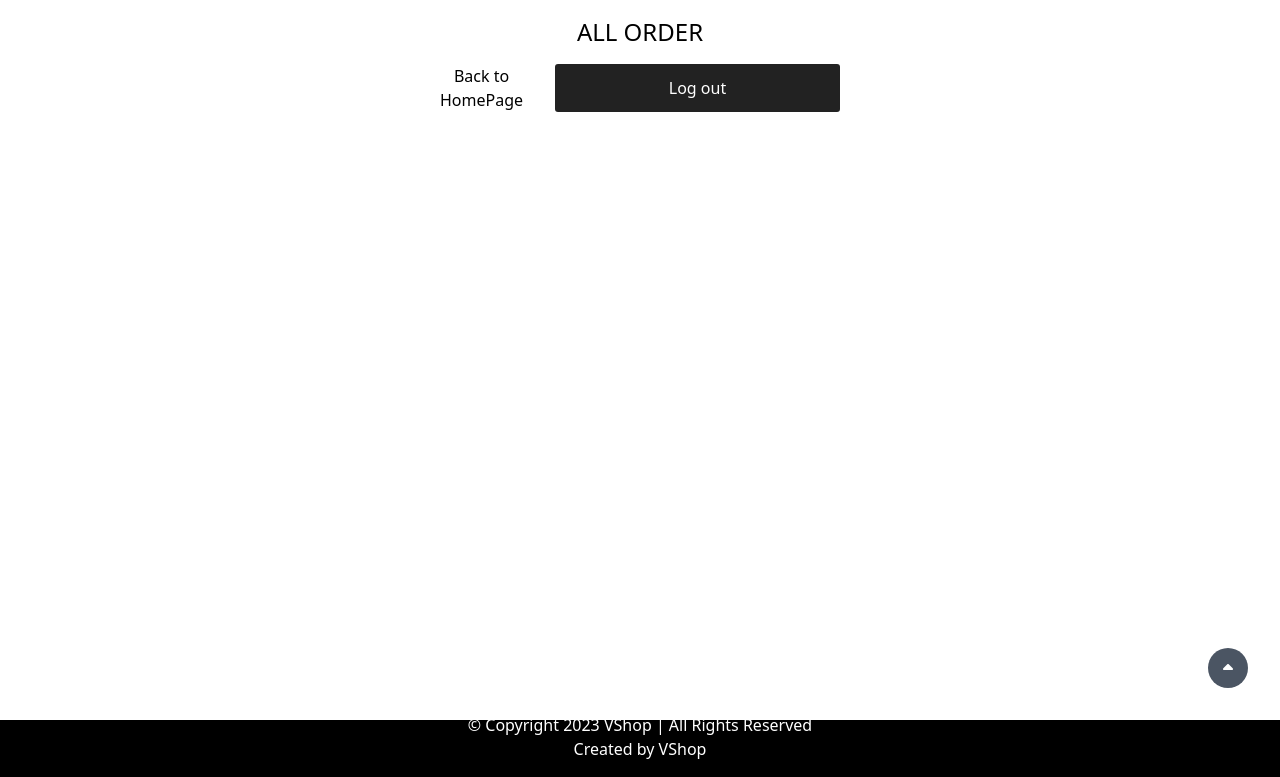
Repository: Kith933UTH/VSHOP
Page: /user
These files come from the project's save history. The page is drawn as it stood at one moment and after the next save; the edit follows.
The browser window is 1280 px wide. The pictures show the whole page.
Pictures or frames that could not be fetched are drawn as grey boxes. The project was rebuilt for these pictures with package versions that can differ from the ones it lists, and the page was loaded fresh each time. Also part of the build but not shown: src/components/product-item/ProductItem.js, src/components/loader/Loader.js, src/constants/constants.js, src/components/product-filters/Category.js, src/components/product-filters/Price.js, src/components/product-filters/Rating.js, src/components/product-filters/ProductFilters.js, src/components/cart-shopping/CartEmpty.js and 24 more.

Above is the page before, as saved 2023-08-05 23:25:14.

### public/index.html
<!DOCTYPE html>
<html lang="en">
  <head>
    <meta charset="utf-8" />
    <link rel="icon" href="./logo.png" />
    <meta name="viewport" content="width=device-width, initial-scale=1" />
    <meta name="theme-color" content="#000000" />
    <meta
      name="description"
      content="Web site created using create-react-app"
    />
    <link rel="apple-touch-icon" href="%PUBLIC_URL%/logo192.png" />
    <!--
      manifest.json provides metadata used when your web app is installed on a
      user's mobile device or desktop. See https://developers.google.com/web/fundamentals/web-app-manifest/
    -->
    <link rel="manifest" href="%PUBLIC_URL%/manifest.json" />
    <!--
      Notice the use of %PUBLIC_URL% in the tags above.
      It will be replaced with the URL of the `public` folder during the build.
      Only files inside the `public` folder can be referenced from the HTML.

      Unlike "/favicon.ico" or "favicon.ico", "%PUBLIC_URL%/favicon.ico" will
      work correctly both with client-side routing and a non-root public URL.
      Learn how to configure a non-root public URL by running `npm run build`.
    -->
    <title>VShop</title>
  </head>
  <body>
    <noscript>You need to enable JavaScript to run this app.</noscript>
    <div id="root"></div>
  </body>
</html>

### src/index.js
import React from 'react'
import ReactDOM from 'react-dom/client'
import App from './App'
import {Provider} from "react-redux"
import {BrowserRouter} from "react-router-dom"
import {store} from "./redux"
import './index.css'

const root = ReactDOM.createRoot(document.getElementById('root'))
root.render(
    <Provider store={store}>
        <BrowserRouter>
            <App />
        </BrowserRouter>
    </Provider>
)

### src/redux/index.js
import {configureStore} from "@reduxjs/toolkit"
import {productsApi} from "./products/products.api"
import {productReducer} from "./products/products.slice"
import {setupListeners} from "@reduxjs/toolkit/query"

export const store = configureStore({
    reducer: {
        [productsApi.reducerPath]: productsApi.reducer,
        product: productReducer
    },
    middleware: getDefaultMiddleware => getDefaultMiddleware().concat(productsApi.middleware)
})

setupListeners(store.dispatch)

### src/index.css
@tailwind base;
@tailwind components;
@tailwind utilities;

@layer utilities {
    input[type="number"]::-webkit-inner-spin-button,
    input[type="number"]::-webkit-outer-spin-button {
        @apply appearance-none;
    }
}

html, body {
    width: 100%;
    height: 100%;
}

body::-webkit-scrollbar,
.box-item::-webkit-scrollbar,
.search-box::-webkit-scrollbar{
    width: 8px;
}

main {
    display: flex;
    flex-direction: column;
    height: 100%;
}

body::-webkit-scrollbar-thumb,
.box-item::-webkit-scrollbar-thumb,
.search-box::-webkit-scrollbar-thumb{
    background-color: #ccc;
    border-radius: 20px;
}

#root {
    height: 100%;
}

body {
    overflow: hidden;
}

.productItem:hover {
    transition: opacity .3s linear;
    opacity: .5;
}

.box-item {
    height: 320px;
    overflow-y: scroll;
}

/* Loader */
.loader-box {
    width: 100px;
    height: 100px;
    display: flex;
    justify-content: center;
    align-items: center;
    margin: 50px auto 0;
}

.loader{
    position: relative;
    width: 70px;
    height: 70px;
}

.loader span {
    position: absolute;
    top:0;
    left: 0;
    width: 100%;
    height: 100%;
    transform: rotate(calc(18deg * var(--i)));
}

.loader span::before {
    content:'';
    position: absolute;
    top: 0;
    left: 0;
    width: 10px;
    height: 10px;
    background: #000;
    border-radius: 50%;
    transform: scale(0);
    animation: animate 2s linear infinite;
    animation-delay: calc(0.1s * var(--i));
}
@keyframes animate {
    0%{
        transform: scale(0);
    }
    10%{
        transform: scale(1.2);
    }
    80%,100%{
        transform: scale(0);
    }
}

### src/context/context.js
import {createContext} from "react"

export const Context = createContext()

### src/components/footer/Footer.js
import React from "react"
import { Contact } from "../contact/Contact"
import { Policy } from "../policy/Policy"
export function Footer() {
    return (
        <footer className='bg-black text-white in-h-fit'>
            {/* <div className='max-w-[1240px] mx-auto py-2 text-sm sm:text-base'>
                <div className='flex justify-center'>
                    <a href='https://github.com/VolodymyrGoshko/react-shop'
                       target='_blank'
                       rel="noreferrer"
                       className='capitalize border-b mb-3 text-base hover:text-gray-300 transition'
                    >
                        view source code on github
                    </a>
                </div>
                <div className='flex justify-center flex-col items-center'>
                    <p className='text-center'>© Copyright 2022 React Shop | All Rights Reserved</p>
                    <a href='https://www.linkedin.com/in/volodymyr-goshko-656ab920b/'
                       target="_blank"
                       rel="noreferrer"
                       className='hover:text-gray-300 transition'
                    >
                        Created by Volodymyr Goshko
                    </a>
                </div>
            </div> */}
            <Contact />
            <Policy />
            <div className='flex justify-center flex-col items-center my-4'>
                    <p className='text-center'>© Copyright 2023 VShop | All Rights Reserved</p>
                    <a href='#' className='hover:text-gray-300 transition' >
                        Created by VShop
                    </a>
                </div>
        </footer>
    )
}

### src/components/btn-scroll/BtnScroll.js
import React from "react"
import {FontAwesomeIcon} from "@fortawesome/react-fontawesome"
import {faCaretUp} from "@fortawesome/free-solid-svg-icons"

export function BtnScroll() {
    const topClick = () => {
        const body = document.querySelector('body').getBoundingClientRect().top + window.scrollY
        window.scroll({
            top: body,
            behavior: 'smooth'
        })
    }

    return (
        <button
            className='fixed bottom-8 right-4 bg-gray-600 text-white rounded-full w-[30px] h-[30px] md:w-[40px] md:h-[40px] md:right-8 md:bottom-8 z-20 shadow-gray-600'
            onClick={topClick}
        >
            <FontAwesomeIcon icon={faCaretUp}/>
        </button>
    )
}

### src/components/user/User.js
import React from "react"
import {useDispatch, useSelector} from "react-redux"
import { useNavigate} from "react-router-dom"
import { OrderItem } from "./OrderItem"
import { toggleLogin } from "../../redux/products/products.slice"

export function User() {
    const dispatch = useDispatch()
    const navigate = useNavigate()
    const {order} = useSelector(state => state.product)
    const totalPrice = (items) => {
        let price = 0
        items.forEach(item => price += item.price * item.quantity)
        return Math.round(price * 100) / 100
    }
    const handleLogOut = () => {
        dispatch(toggleLogin(false))
        navigate('/')
    }
    const handleBack = () => {
        navigate('/')
    }

    return (
        <div className="fixed top-0 left-0 bottom-0 right-0 overflow-y-scroll z-20 bg-white flex flex-col items-center">
            <div className={`min-w-[400px] flex flex-col items-center}`}>
                <div className="text-2xl font-medium text-center py-4">ALL ORDER</div>
                {!order
                ? 'No order yet'
                : order.map((items, index) =>
                <div key={index} className="border-2 rounded border-black mb-10 w-4/5">
                    <div className="text-2xl font-medium pl-2 border-b-2"> Order {index + 1} </div>
                    {items.map(item => <OrderItem key={item.id} item={item}/>)}
                    <div className='mr-0 sm:mr-4 font-semibold flex justify-end'>
                        <span className='text-base sm:text-xl my-2'>Total:  </span>
                        <span className='text-base sm:text-xl my-2 ml-4'>{totalPrice(items)} $</span>
                    </div>
                </div>
                )}
                <div className="flex ">
                    <button  className="w-24 mr-8" onClick={handleBack}>Back to HomePage</button>
                    <button id="sub_btn" onClick={handleLogOut}>Log out</button>
                </div>
            </div>
        </div>
    )
}

### src/redux/products/products.api.js
import {createApi, fetchBaseQuery} from "@reduxjs/toolkit/query/react"

export const productsApi = createApi({
    reducerPath: 'products/api',
    baseQuery: fetchBaseQuery({
        baseUrl: 'https://fakestoreapi.com'
    }),
    // refetchOnFocus: true,
    endpoints: build => ({
        getProductsAll: build.query({
            query:() => ({
                url: '/products'
            })
        }),
        getProductById: build.query({
            query:(id) => ({
                url: `/products/${id}`
            })
        }),
        getProductByCategory: build.query({
            query:(category) => ({
                url: `/products/category/${category}`
            })
        })
    })
})

export const {
    useGetProductsAllQuery,
    useGetProductByIdQuery,
    useGetProductByCategoryQuery
} = productsApi

### src/redux/products/products.slice.js
import {createSlice} from "@reduxjs/toolkit"

const productsSlice = createSlice({
    name: 'products',
    initialState: {
        cart: [],
        btnCart: null,
        filters: {},
        search: false,
        searchFilterProducts: null,
        logged: false,
        user: {username: 'username', password: 'password'},
        order: JSON.parse(localStorage.getItem("ORDER")) || []
    },
    reducers: {
        clearCart(state, action) {
            state.cart = state.cart.slice(0, action.payload)
        },
        addProductToCart(state, action) {
            state.cart.push({...action.payload, quantity: 1})
        },
        incrementProductInCart(state, action) {
            const item = state.cart.find(item => item.id === action.payload)
            item.quantity++
        },
        decrementProductInCart(state, action) {
            const item = state.cart.find(item => item.id === action.payload)
            if (item.quantity === 1) {
                item.quantity = 1
            } else {
                item.quantity--
            }
        },
        toggleBtnCart(state, action) {
            state.btnCart = action.payload
        },
        removeItemFromCart(state, action) {
            state.cart = state.cart.filter(el => el.id !== action.payload)
        },
        filtersProductsByCategory(state, action) {
            state.filters = action.payload
        },
        toggleSearchForm(state, action) {
            state.search = action.payload
        },
        toggleLogin(state, action) {
            state.logged = action.payload
        },
        setSearchFilterProducts(state, action) {
            state.searchFilterProducts = action.payload
        },
        setLocalStorage(state, action) {
            state.order.push(action.payload)
            localStorage.setItem('ORDER', JSON.stringify(state.order))
        }
    },
})

export const productReducer = productsSlice.reducer
export const {
    clearCart,
    addProductToCart,
    incrementProductInCart,
    decrementProductInCart,
    toggleBtnCart,
    removeItemFromCart,
    filtersProductsByCategory,
    toggleSearchForm,
    toggleLogin,
    setSearchFilterProducts,
    setLocalStorage
} = productsSlice.actions

### src/components/policy/Policy.js
import React from "react"
import { Link } from "react-router-dom"
export function Policy() {
    return (
        <div className='text-white in-h-fit max-w-[1240px] mx-auto py-2 text-sm sm:text-base flex justify-around items-cente'>
            <Link className='text-lg font-medium text-center' to='/return-policy'>
                RETURN POLICIES
            </Link>
            <Link className='text-lg font-medium text-center' to='/warranty-policy'>
                WARRANTY POLICIES
            </Link>
            <Link className='text-lg font-medium text-center' to='/shipping-policy'>
                SHIPPING POLICIES
            </Link>
        </div>
    )
}

### src/components/login/index.css
/* .m-5-auto {
    margin: 5rem auto
} */

.primary-button {
    margin-top: 5rem;
    margin-right: 1rem;
    padding: .6rem;
    width: 10rem;
    background: #222;
    border: none;
    color: #fff;
    font-size: 1.2rem;
    transition: all .5s;
    cursor: pointer;
    text-transform: capitalize
}

/***    Landing Page     ***/
.main-title,
.main-para {
    color: #f1f1f1
}

.main-title {
    padding-top: 10rem;
    font-size: 5rem;
    font-family: 'Fascinate', cursive;
    text-transform: uppercase
}

.main-para {
    font-size: 2.5rem;
    text-Transform: capitalize
}

#reg_btn span {
    display: inline-block;
    position: relative;
    transition: 0.5s;
}

#reg_btn span:after {
    content: '\00bb';
    position: absolute;
    opacity: 0;
    top: 0;
    right: -20px;
    transition: 0.5s;
}

#reg_btn:hover span {
  padding-right: 25px;
}

#reg_btn:hover span:after {
  opacity: 1;
  right: 0;
}

/***    Login Page     ***/
.login-page h2 {
    font-weight: 700;
    font-size: 1.9rem;
}
.login-page {
    position: fixed;
    top: 0;
    left: 0;
    right: 0;
    bottom: 0;
    z-index: 10;
    background-color: white;
    padding-top: 100px;
}

.login-page form {
    display: inline-block;
    background: #f3f3f3;
    border: 1px solid #ddd;
    border-radius: 2px;
    padding: 2rem;
    margin: 2rem 0 1rem 0
}

.login-page form label {
    float: left;
    font-size: .9rem;
    margin: 0;
    padding: 0
}

.right-label {
    float: right;
    cursor: pointer
}

.login-page input {
    width: 15rem;
    padding: .3rem;
    border-radius: 5px;
    outline: none;
    border: none
}

#sub_btn {
    display: block;
    width: 100%;
    padding: .3rem;
    border: none;
    background: #222;
    color: #fff;
    border-radius: 3px;
}

#sub_btn:hover {
    background: #333;
    transition: all .5s
}

/* footer p {
    margin: 0;
    font-size: .9rem
} */

/***    Register Page     ***/
#checkbox {
    width: 1rem
}

form span {
    font-size: .8rem
}

#reset_pass_lbl {
    float: left
}

/***    Home Page     ***/
.home-page-title {
    color: #222
}


.register-page input {
    width: 15rem;
    padding: .3rem;
    border-radius: 5px;
    outline: none;
    border: none
}

.register-page h2 {
    font-weight: 700;
    font-size: 1.9rem;
}
.register-page {
    position: fixed;
    top: 0;
    left: 0;
    right: 0;
    bottom: 0;
    z-index: 10;
    background-color: white;
    padding-top: 100px;
}

.register-page form {
    display: inline-block;
    background: #f3f3f3;
    border: 1px solid #ddd;
    border-radius: 2px;
    padding: 2rem;
    margin: 2rem 0 1rem 0
}

.register-page form label {
    float: left;
    font-size: .9rem;
    margin: 0;
    padding: 0
}

### src/components/contact/index.css
.contact-section {
    /* height: 96vh; */
    width: 100%;
    border-bottom: 1px solid #999;
}

.form-area {
    position: relative;
    /* height:84vh; */
    width: 100%;
    background: black;
    -webkit-box-sizing: border-box;
    box-sizing: border-box;
}

.form-area .form-wrap {
    /* position: absolute; */
    /* left: 50%;
    -webkit-transform: translateX(-50%);
    -ms-transform: translateX(-50%);
    transform: translateX(-50%); */
    width: 1120px;
    background-color: white;
    background-size: cover;
    background-position: center;
    border-radius: 0.2rem;
    -webkit-box-sizing: border-box;
    box-sizing: border-box;
    -webkit-box-shadow: 0 0 0.4rem 0 #999;
    box-shadow: 0 0 0.4rem 0 #999;
}

.form-wrap .title {
    padding-top: 2.4rem;
    width: 100%;
    -webkit-box-sizing: border-box;
    box-sizing: border-box;
}

.form-wrap .title h1 {
    color: black;
    font-size: 2.6rem;
    text-align: center;
}

.form-wrap .contact-area {
    padding-top: 3rem;
    display: -webkit-box;
    display: -ms-flexbox;
    display: flex;
    width: 100%;
    height: auto;
    -webkit-box-sizing: border-box;
    box-sizing: border-box;
}

.contact-area .contact-info {
    display: flex;
    flex-direction: column;
    justify-content: center;
    align-items: center;
    width: 35%;
    height: 100%;
    margin-left: 6rem;
}

.contact-info>div {
    margin-bottom: 1rem;
    display: -webkit-box;
    display: -ms-flexbox;
    display: flex;
    -webkit-box-align: center;
    -ms-flex-align: center;
    align-items: center;
}

.contact-info>div>p {
    color: #333;
    font-size: 1.4rem;
    font-weight: 500;
    text-align: center;
}

.contact-info>div>span {
    color: #61790a;
    font-size: 2rem;
    margin-right: 0.8rem;
}

.contact-area .contact-form {
    display: -webkit-box;
    display: -ms-flexbox;
    display: flex;
    -webkit-box-orient: vertical;
    -webkit-box-direction: normal;
    -ms-flex-direction: column;
    flex-direction: column;
    width: 60%;
    height: auto;
    padding: 0 3rem;
    -webkit-box-sizing: border-box;
    box-sizing: border-box;
}

.contact-form .name-field {
    display: -webkit-box;
    display: -ms-flexbox;
    display: flex;
    -webkit-box-pack: justify;
    -ms-flex-pack: justify;
    justify-content: space-between;
}

.name-field .input-area {
    width: 48%;
}

.contact-form .input-area {
    position: relative;
    margin-bottom: 2rem;
}

.input-area input {
    height: 3rem;
    width: 100%;
    color: #333;
    font-size: 1.2rem;
    border: 2px solid #fff;
    border-radius: 0.2rem;
    /* background: #eff; */
    -webkit-box-shadow: 0 0 0.1rem #666;
    box-shadow: 0 0 0.1rem #666;
    outline: none;
    padding: 0 1rem;
    -webkit-box-sizing: border-box;
    box-sizing: border-box;
    -webkit-transition: all 0.3s ease;
    -o-transition: all 0.3s ease;
    transition: all 0.3s ease;
}

.input-area label {
    position: absolute;
    top: 50%;
    left: 1rem;
    -webkit-transform: translateY(-50%);
    -ms-transform: translateY(-50%);
    transform: translateY(-50%);
    color: #333;
    font-size: 1.2rem;
    font-weight: 500;
    -webkit-transition: all 0.3s ease;
    -o-transition: all 0.3s ease;
    transition: all 0.3s ease;
}

.input-area input:focus~label,
.input-area input:valid~label {
    top: -0.8rem;
    left: 0;
    color: #fff;
    background: #111;
    border-radius: 5px;
    padding: 0.2rem;
    font-size: 1rem;
}

.contact-form .message-area {
    position: relative;
    -webkit-box-flex: 1;
    -ms-flex: 1 1 auto;
    flex: 1 1 auto;
    height: 200px;
    width: 100%;
}

.message-area textarea {
    height: 100%;
    width: 100%;
    border: 2px solid #fff;
    outline: none;
    font-size: 1.2rem;
    padding: 1rem;
    color: #333;
    -webkit-box-sizing: border-box;
    box-sizing: border-box;
    -webkit-box-shadow: 0 0 0.1rem #666;
    box-shadow: 0 0 0.1rem #666;
    border-radius: 0.2rem;
    resize: vertical;
    -webkit-transition: all 0.3s ease;
    -o-transition: all 0.3s ease;
    transition: all 0.3s ease;
}

.message-area label {
    position: absolute;
    color: #333;
    font-weight: 500;
    font-size: 1.2rem;
    top: 1rem;
    left: 1rem;
    -webkit-transition: all 0.3s ease;
    -o-transition: all 0.3s ease;
    transition: all 0.3s ease;
}

.message-area textarea:focus~label,
.message-area textarea:valid~label {
    top: -1.6rem;
    left: 0;
    color: #fff;
    padding: 0.2rem;
    background: #111;
    font-size: 1rem;
}

.contact-form .btn {
    margin-top: 1.8rem;
}

.contact-form .btn button {
    height: 3.2rem;
    width: 8rem;
    border: none;
    outline: none;
    color: #fff;
    font-size: 1.2rem;
    background: black;
    border-radius: 0.1rem;
    cursor: pointer;
}

#contact.menu-active {
    padding-top: 2rem;
}

### src/components/contact/reponsive.css
@media screen and (min-width: 940px) and (max-width: 1360px) {
    /* .contact-section {
        height: 107vh;
    } */
    .form-area .form-wrap {
        width: 90%;
        height: 620px;
    }
}

@media screen and (max-width: 1040px) {
    .contact-area .contact-info {
        margin-left: 0;
        display: flex;
        flex-direction: column;
        justify-content: center;
        align-items: center;
    }

    .contact-area .contact-form {
        padding: 0 1.8rem;
    }

}



@media screen and (max-width: 940px) {
    /* .contact-section {
        height: 148vh;
    } */

    .form-area .form-wrap {
        padding-bottom: 3.6rem;
        width: 80%;
        height: auto;
    }

    .form-wrap .contact-area {
        -webkit-box-orient: vertical;
        -webkit-box-direction: normal;
        -ms-flex-direction: column;
        flex-direction: column;
        -webkit-box-pack: center;
        -ms-flex-pack: center;
        justify-content: center;
    }

    .contact-area .contact-info {
        width: 100%;
    }

    .contact-area .contact-form {
        width: 100%;
        padding: 1rem 4rem 0 4rem;
    }
}

/*
@media screen and (max-width: 836px) {
    .contact-section {
        min-height: 96vh;
    }
} */

@media screen and (max-width: 770px) {
    .contact-section {
        height: 1100px;
    }

    .form-area .form-wrap {
        width: 88%;
        height: auto;
    }
}

@media screen and (max-width: 680px) {
    .contact-section {
        height: 1100px;
    }


    .form-area .form-wrap {
        /* top: -82%; */
        width: 88%;
        height: auto;
    }

}


@media screen and (max-width: 490px) {
    .contact-section {
        height: 1100px;
    }

    .contact-area .contact-info {
        width: 88%;
        margin-left: 1.2rem;
    }

    .form-area .form-wrap {
        /* top: -82%; */
        width: 88%;
        height: auto;
    }

    .contact-info>div>p {
        font-size: 1.2rem;
    }

    .contact-area .contact-form {
        margin-top: 1.4rem;
        padding: 0 1.2rem;
    }

}

@media screen and (max-width: 390px) {
    .contact-section {
        height: 1130px;
    }

    .contact-area .contact-info {
        width: 80%;
        /* margin-left: 1.2rem; */
    }

    .form-area .form-wrap {
        width: 90%;
        height: auto;
    }

    .contact-info>div>p {
        font-size: 1.2rem;
    }

    .contact-area .contact-form {
        width: 100%;
        padding: 1rem 1rem 0 1rem;
    }
}


@media screen and (max-width: 340px) {
    .contact-section {
        height: 980px;
    }

    .form-area .form-wrap {
        top: -86%;
        width: 96%;
    }

    .contact-area  {
        width: 100%;
    }

    .contact-area .contact-info {
        width: 100%;
        margin-left: 1rem;
    }

    .form-wrap .title h1 {
        font-size: 2rem;
    }

    .contact-info>h2 {
        font-size: 1.6rem;
    }

    .contact-info>div>p {
        font-size: 1rem;
    }

    .contact-info>div>span {
        font-size: 1.2rem;
    }

    .input-area label {
        font-size: 1rem;
    }

    .message-area label {
        font-size: 1rem;
    }

}

Loaded but not shown: tailwind.config.js (common file); src/components/contact/Contact.js (66 lines, source omitted); src/App.js (50 lines, source omitted)

After the next save:
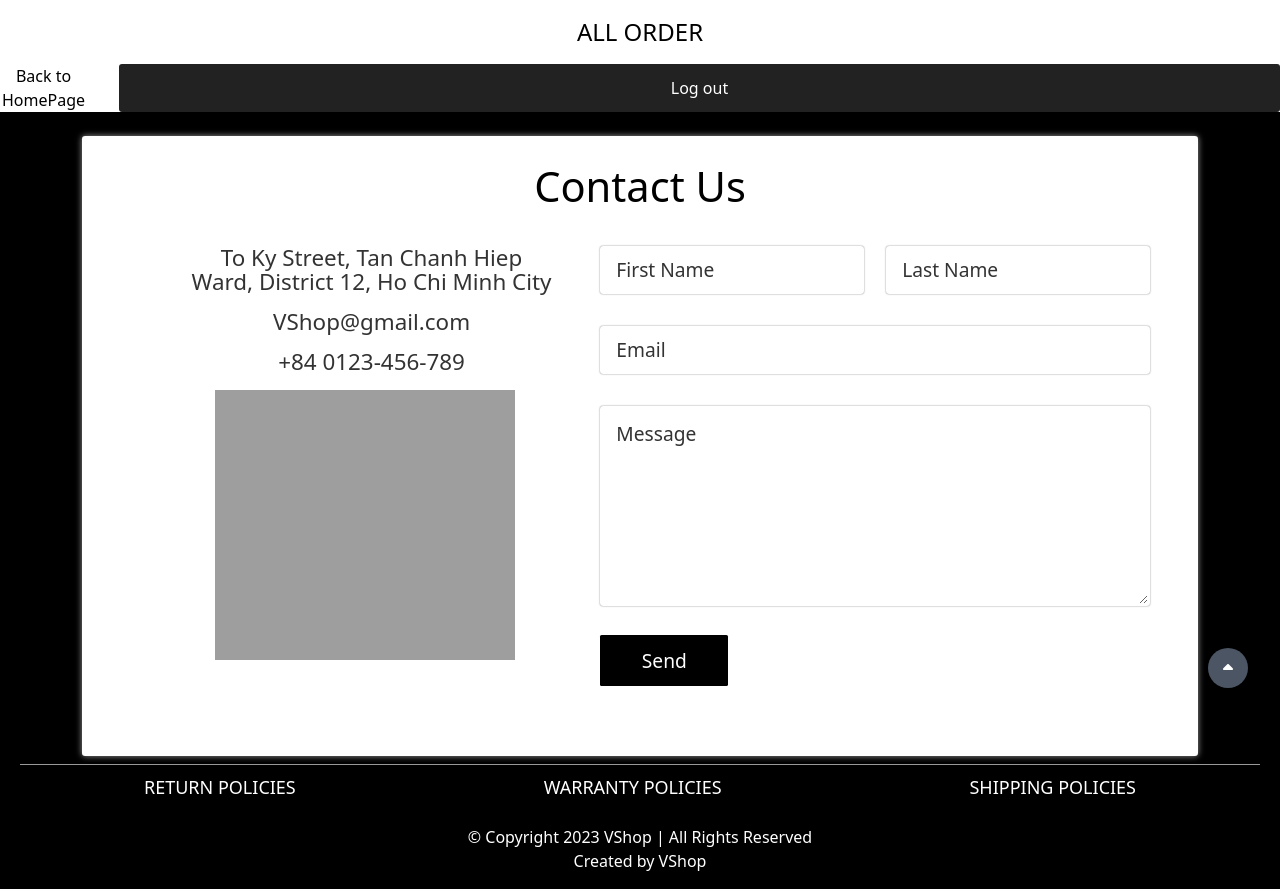
Saved 2 min 19 s later.
--- a/src/components/user/User.js
+++ b/src/components/user/User.js
@@ -22,7 +22,7 @@ export function User() {
     }
 
     return (
-        <div className="fixed top-0 left-0 bottom-0 right-0 overflow-y-scroll z-20 bg-white flex flex-col items-center">
+        // <div className="fixed top-0 left-0 bottom-0 right-0 overflow-y-scroll z-20 bg-white flex flex-col items-center">
             <div className={`min-w-[400px] flex flex-col items-center}`}>
                 <div className="text-2xl font-medium text-center py-4">ALL ORDER</div>
                 {!order
@@ -42,6 +42,6 @@ export function User() {
                     <button id="sub_btn" onClick={handleLogOut}>Log out</button>
                 </div>
             </div>
-        </div>
+        // </div>
     )
 }
